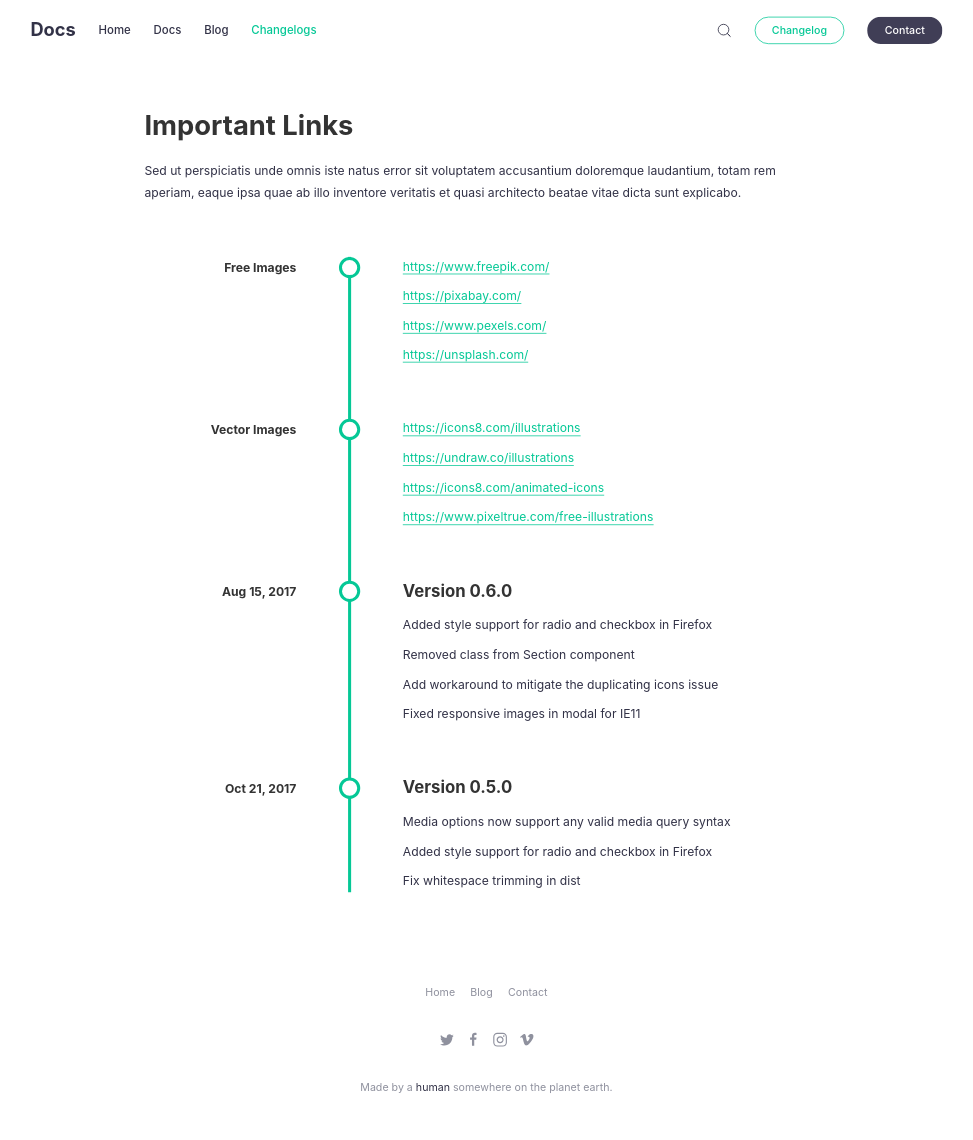
Repository: suchi9909/webdoc
Page: useful-links.html
These files come from the project's save history. The page is drawn as it stood at one moment and after the next save; the edit follows.
The browser window is 1280 px wide. The pictures show the whole page, at 76% of full size.

Above is the page before, as saved 2021-02-19 09:19:50.

After the next save:
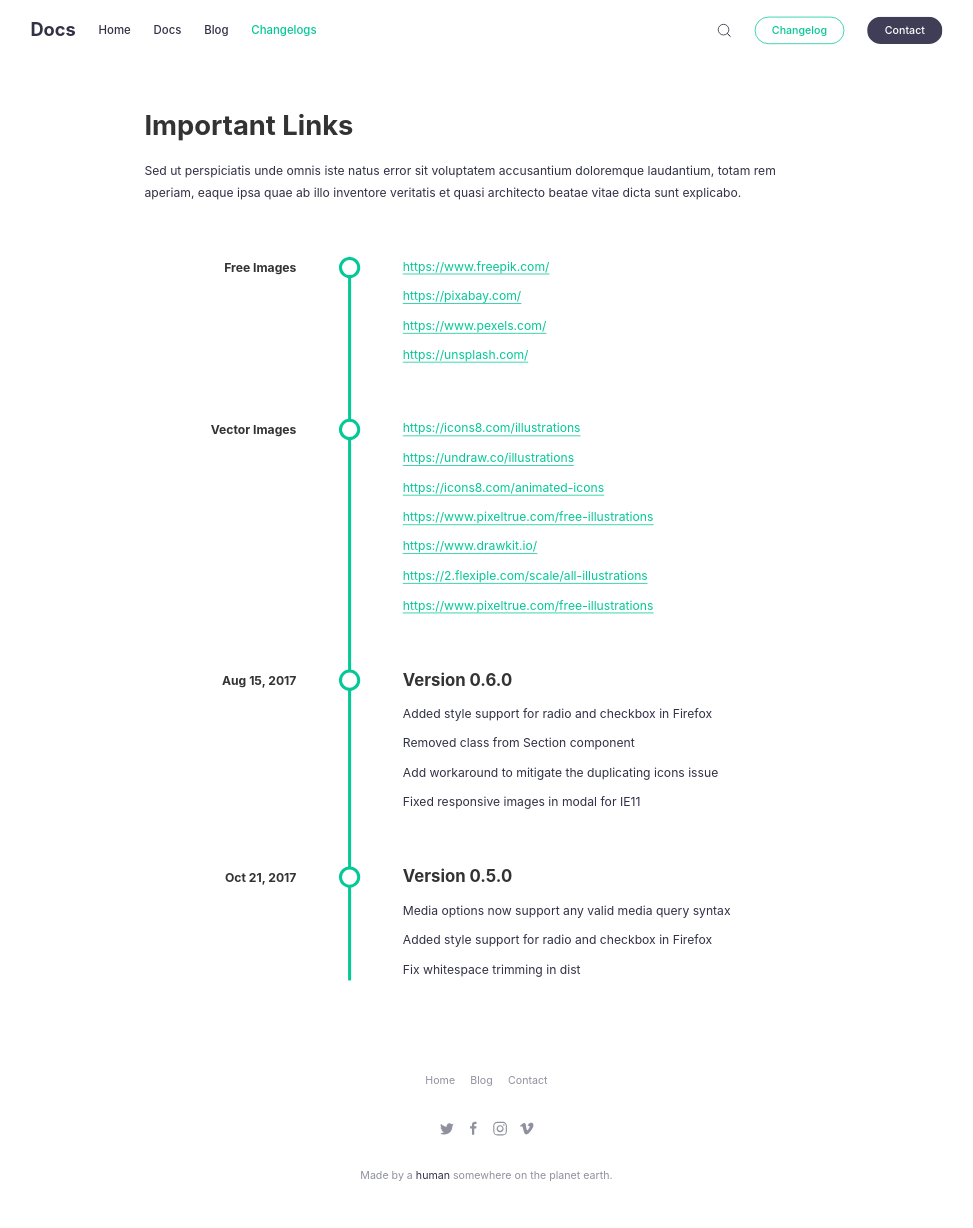
Saved 30 s later.
--- a/useful-links.html
+++ b/useful-links.html
@@ -102,6 +102,9 @@
                 <li><a href="https://undraw.co/illustrations">https://undraw.co/illustrations</a></li>
                 <li><a href="https://icons8.com/animated-icons">https://icons8.com/animated-icons</a></li>
                 <li><a href="https://www.pixeltrue.com/free-illustrations">https://www.pixeltrue.com/free-illustrations</a></li>
+                <li><a href="https://www.drawkit.io/">https://www.drawkit.io/</a></li>
+                <li><a href="https://2.flexiple.com/scale/all-illustrations">https://2.flexiple.com/scale/all-illustrations</a></li>
+                <li><a href="https://www.pixeltrue.com/free-illustrations">https://www.pixeltrue.com/free-illustrations</a></li>
               </ul>
             </div>
           </div>
